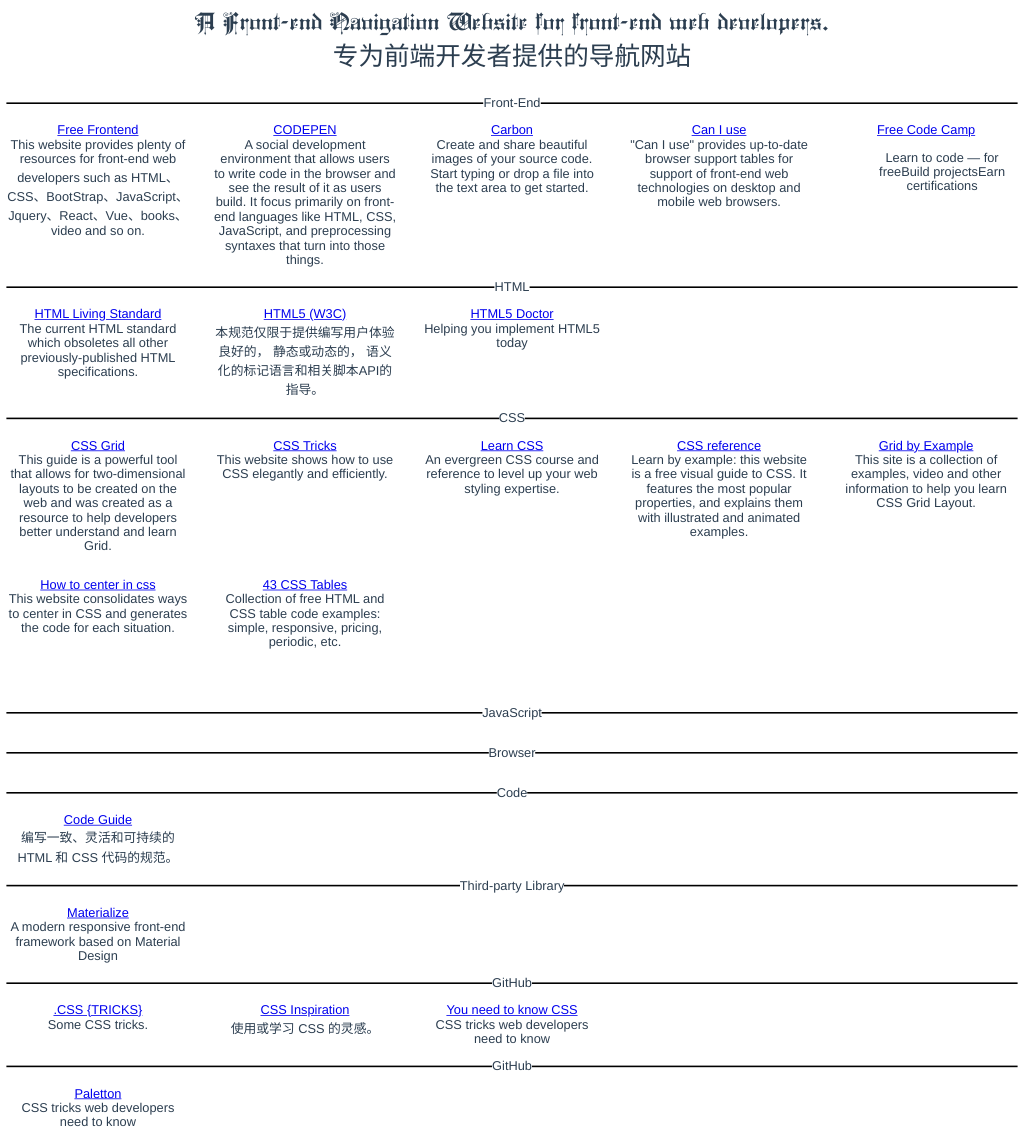
Repository: 321paranoiawhy/fenav.io
Page: /
These files come from the project's save history. The page is drawn as it stood at one moment and after a run of saves; the edit follows.
The browser window is 1280 px wide. The pictures show the whole page, at 80% of full size.
The project was rebuilt for these pictures with package versions that can differ from the ones it lists, and the page was loaded fresh each time. Also part of the build but not shown: vue.config.js.

Above is the page before, as saved 2022-04-06 01:26:47.

After the next 6 saves:
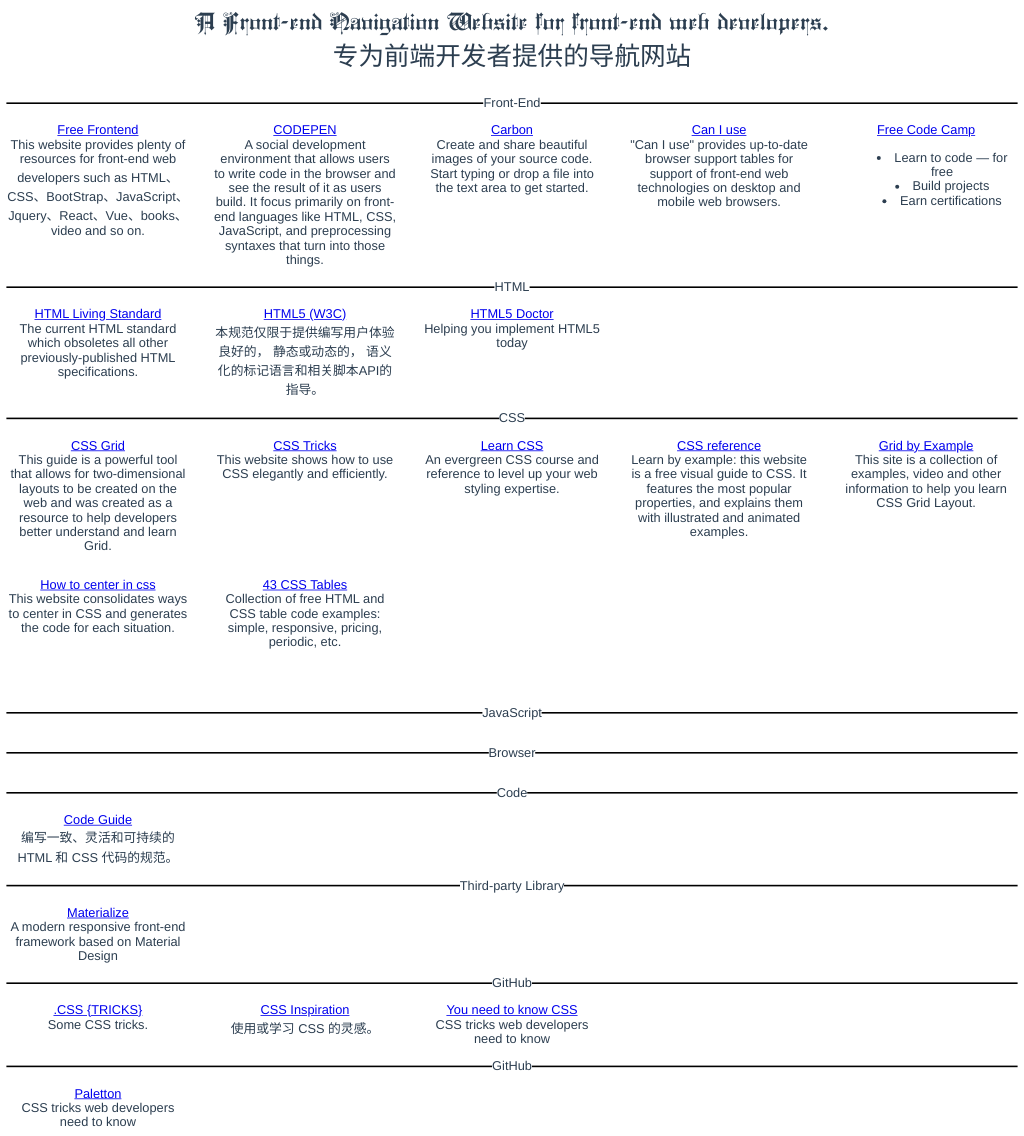
The 6 saves are shown as one change because they came seconds apart.
The last was saved 14 s later.
--- a/src/views/HomeView.vue
+++ b/src/views/HomeView.vue
@@ -251,6 +251,6 @@
 }
 // ul
 ul li {
-  display: inline;
+  list-style-position: inside;
 }
 </style>
